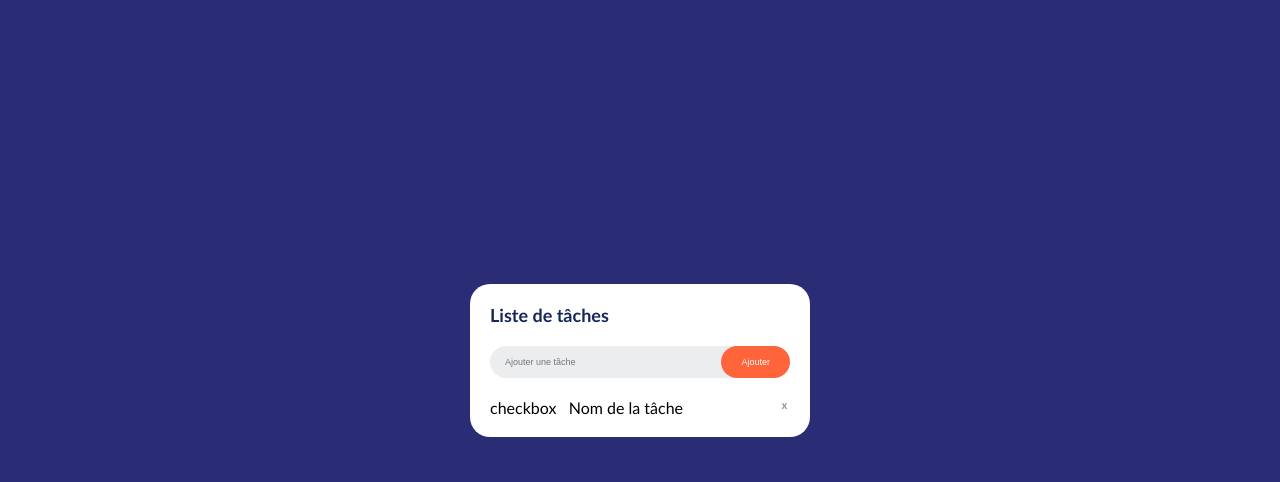
Repository: ndiemenguer/convertisseur
Page: / (app in todo-isep/)
The author's editor kept a copy of each file at every save. The page is drawn from the files as they stood at one save, then again after the next save.
The browser window is 1280 px wide. The pictures show the whole page.
The project was rebuilt for these pictures with package versions that can differ from the ones it lists, and the page was loaded fresh each time. Also part of the build but not shown: todo-isep/vite.config.js, todo-isep/src/Application.jsx, todo-isep/src/index.css.

Above is the page before, as saved 2023-05-06 12:39:17.

After the next save:
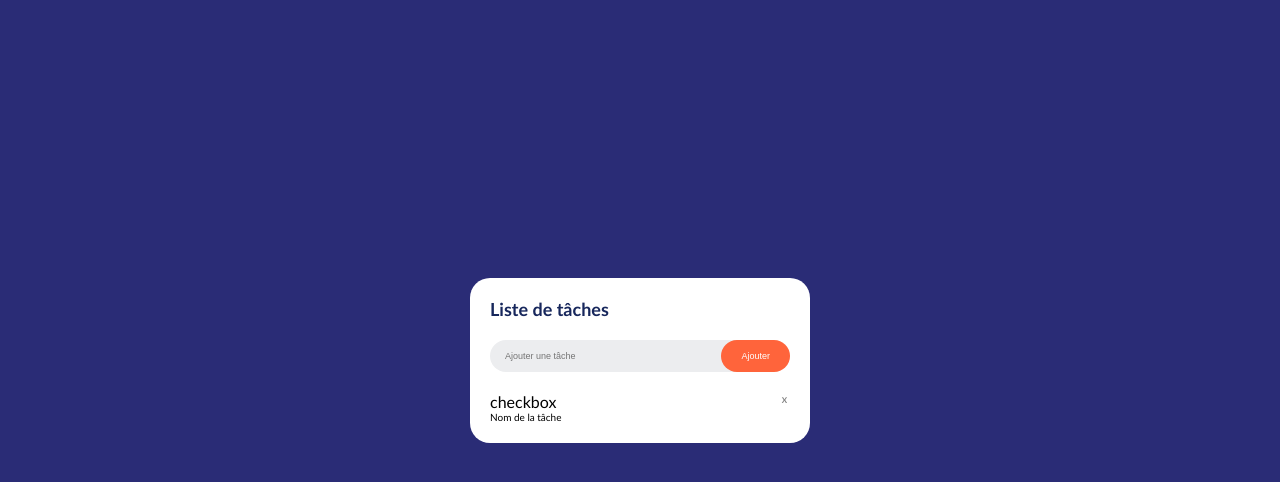
Saved 25 s later.
--- a/todo-isep/src/App.jsx
+++ b/todo-isep/src/App.jsx
@@ -15,7 +15,10 @@ function App() {
         </div>
         <div className="todo-list">
           <div className="todo-box">
-            <div>checkbox &nbsp; Nom de la tâche</div>
+            <div>
+              checkbox &nbsp;
+              <div className="todo-name">Nom de la tâche</div>
+            </div>
             <div>
               <div className="delete">X</div>
             </div>
